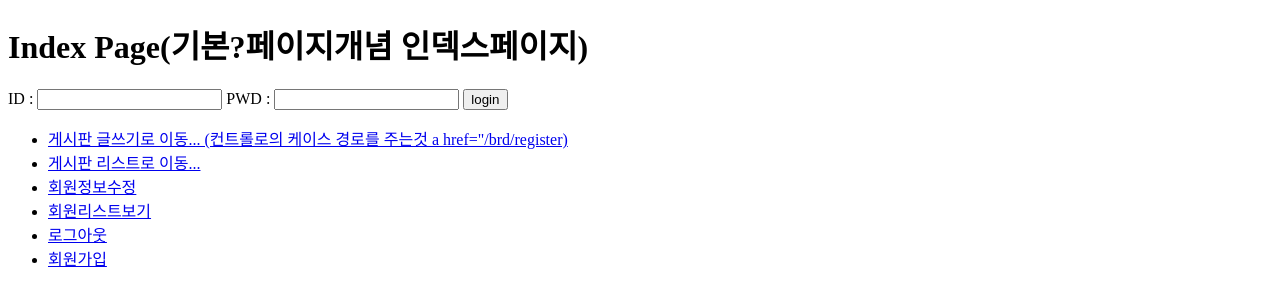
Repository: gatsby5959/_jsp_workspace_brd-mem_copy
Page: http://localhost/jsp_BoardMember/
An editor plug-in stored every save of this project. The page is shown before and after the next save, followed by the edit.
The browser window is 1280 px wide. The pictures show the whole page.
The page is served by Tomcat 9. Other server files are loaded and not shown.

Above is the page before, as saved 2023-09-08 07:53:08.

### jsp_BoardMember/src/main/webapp/index.jsp
<%@ page language="java" contentType="text/html; charset=UTF-8"
    pageEncoding="UTF-8"%>
<!DOCTYPE html>
<html>
<head>
<meta charset="UTF-8">
<title>Insert title here</title>
</head>
<body>
<h1>Index Page(기본?페이지개념 인덱스페이지)</h1>

<form action="/mem/login" method="post">
	ID : <input type="text" name ="id">
	PWD : <input type="text" name ="pwd">
	<button type="submit">login</button>
</form>


<ul>
	<li><!-- .jsp파일에서는 컨트롤러를 거치게 하려면 /brd/를 일단 쓴다 컨트롤러에 @WebServlet("/brd/*") 써놓았다. .jsp파일중 모든 /brd/는 잡히면 컨트롤러가 읽을 예정이다. -->
		<a href="/brd/register">게시판 글쓰기로 이동... (컨트롤로의 케이스 경로를 주는것 a href="/brd/register)  </a>
	</li>
	<li>
		<a href="/brd/list">게시판 리스트로 이동...</a>
	</li>
	<li>
		<a href="#">회원정보수정</a>
	</li>
	<li>
		<a href="#">회원리스트보기</a>
	</li>
	<li>
		<a href="#">로그아웃</a>
	</li>
	<li>
		<a href="#">회원가입</a>
	</li>
</ul>
</body>
</html>

After the next save:
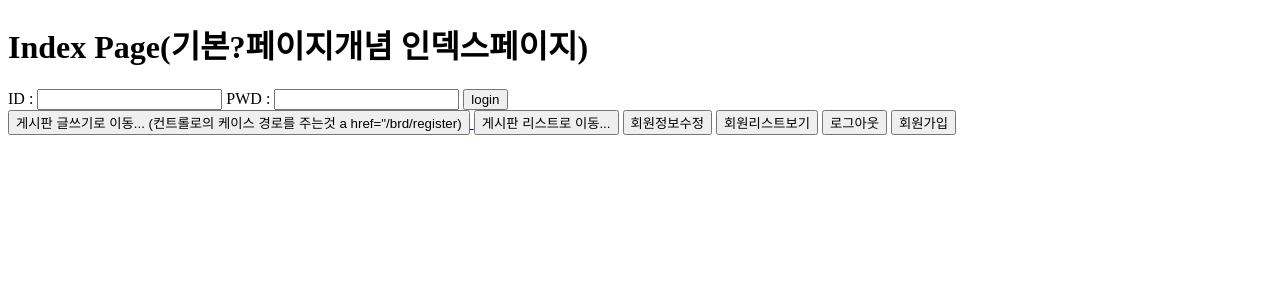
Saved 3 min 33 s later.
--- a/jsp_BoardMember/src/main/webapp/index.jsp
+++ b/jsp_BoardMember/src/main/webapp/index.jsp
@@ -15,7 +15,7 @@
 	<button type="submit">login</button>
 </form>
 
-
+<%--
 <ul>
 	<li><!-- .jsp파일에서는 컨트롤러를 거치게 하려면 /brd/를 일단 쓴다 컨트롤러에 @WebServlet("/brd/*") 써놓았다. .jsp파일중 모든 /brd/는 잡히면 컨트롤러가 읽을 예정이다. -->
 		<a href="/brd/register">게시판 글쓰기로 이동... (컨트롤로의 케이스 경로를 주는것 a href="/brd/register)  </a>
@@ -36,5 +36,27 @@
 		<a href="#">회원가입</a>
 	</li>
 </ul>
+--%>
+
+
+	<!-- .jsp파일에서는 컨트롤러를 거치게 하려면 /brd/를 일단 쓴다 컨트롤러에 @WebServlet("/brd/*") 써놓았다. .jsp파일중 모든 /brd/는 잡히면 컨트롤러가 읽을 예정이다. -->
+	<a href="/brd/register"><button>게시판 글쓰기로 이동... (컨트롤로의 케이스 경로를 주는것 a href="/brd/register)</button> </a>
+
+	<a href="/brd/list"><button>게시판 리스트로 이동...</button></a>
+
+	<a href="#"><button>회원정보수정</button></a>
+
+	<a href="#"><button>회원리스트보기</button></a>
+
+	<a href="#"><button>로그아웃</button></a>
+
+	<a href="#"><button>회원가입</button></a>
+
+
+
+
+
+
+
 </body>
 </html>
